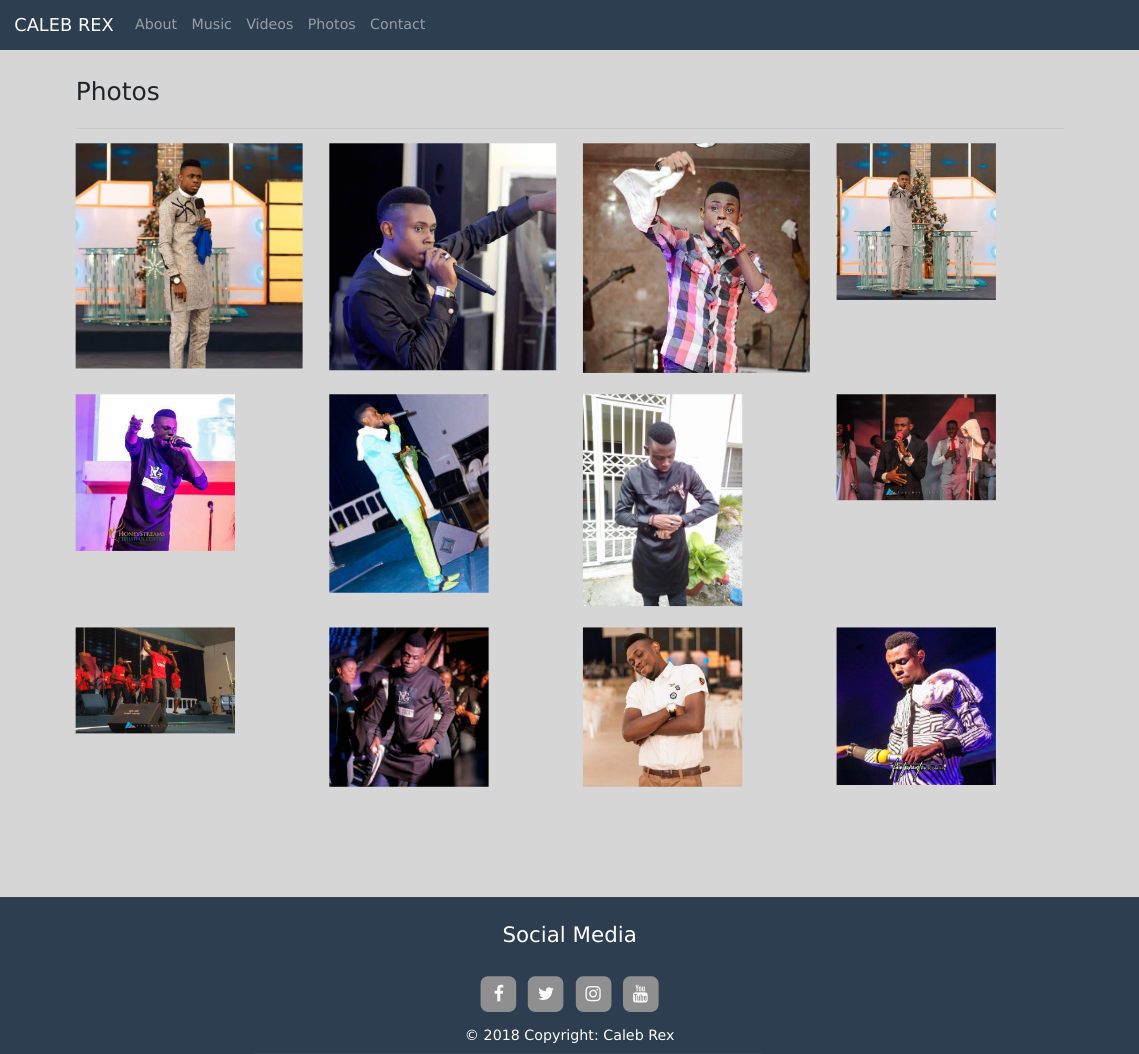
Repository: IchaTreasure/caleb-rex
Page: photos.html
The author's editor kept a record of every edit. The page is drawn from the files as they stood at one moment, then again after the next edit.
The browser window is 1280 px wide. The pictures show the whole page, at 89% of full size.
Some web libraries are served in a nearby version.

Above is the page before.

After the next edit:
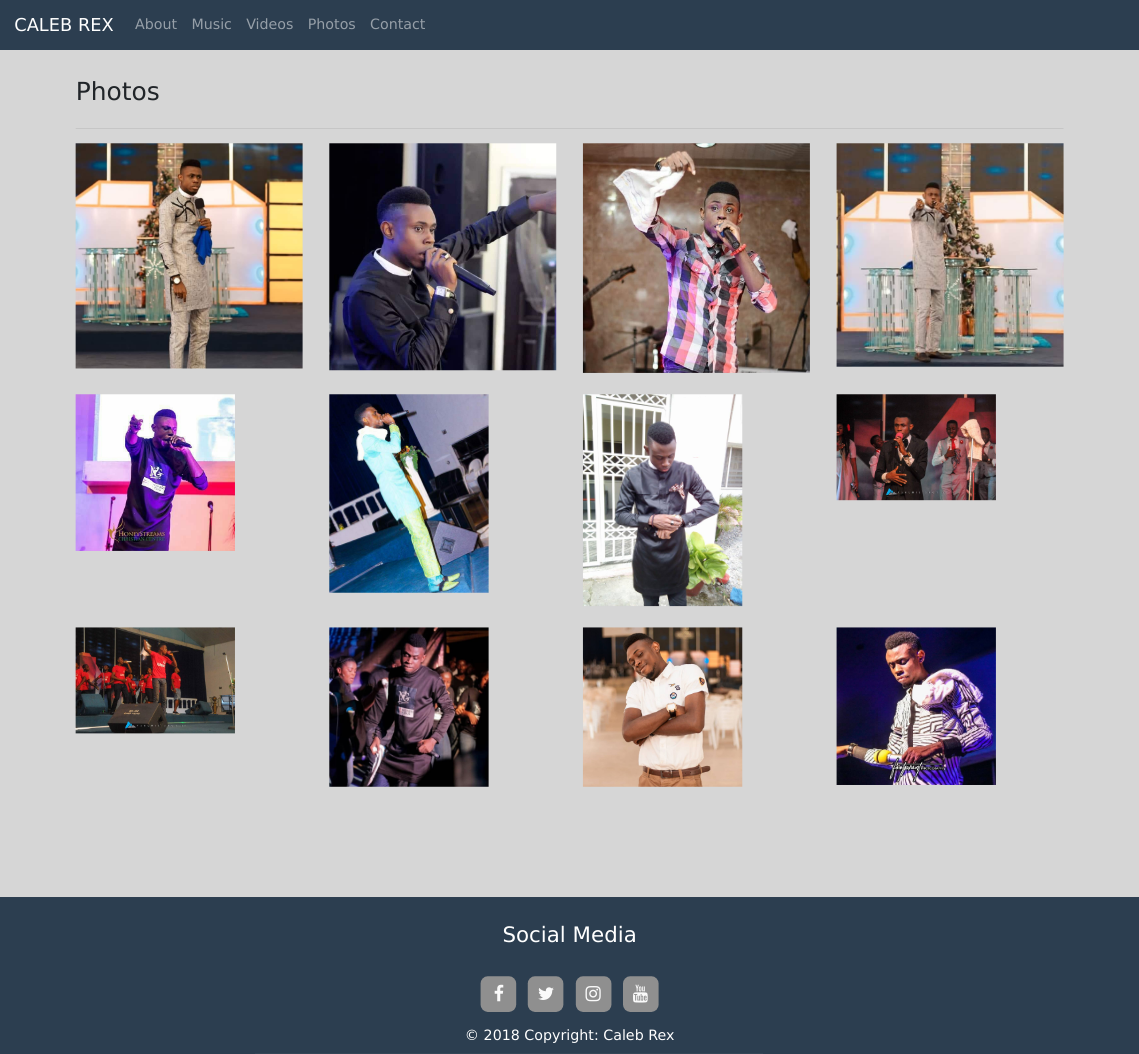
The edit:
--- a/photos.html
+++ b/photos.html
@@ -100,7 +100,7 @@
                 <!-- Modal: Image 4 -->
                 <div class="col-sm-3">
                     <a class="d-block mb-4 h-100">
-            <img class="img-fluid img-hover" src="images/Caleb4.jpg" data-toggle="modal" data-target="#Image4" alt="Caleb 4" style="width: 70%">
+            <img class="img-fluid img-hover" src="images/Caleb4.jpg" data-toggle="modal" data-target="#Image4" alt="Caleb 4" style="width: 100%">
           </a>
                     <!-- Modal Content -->
                     <div class="modal fade" id="Image4" tabindex="-1" role="dialog" aria-hidden="true">
